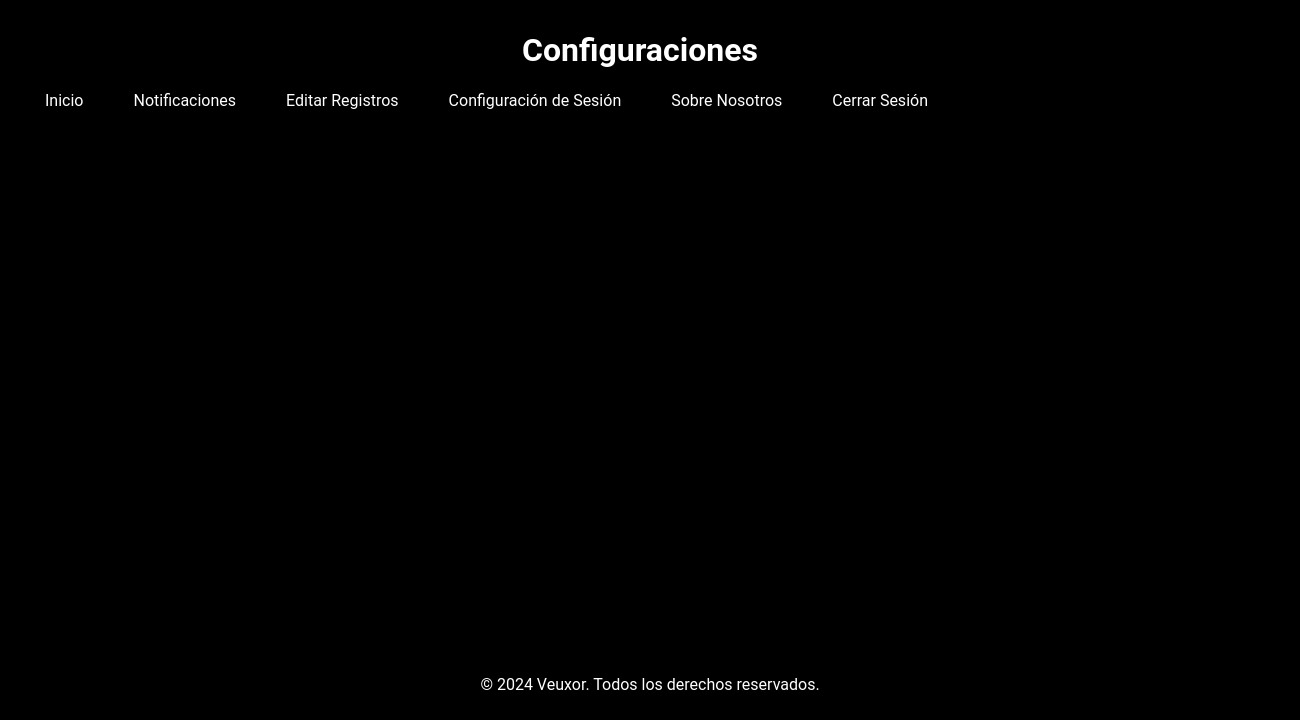
Repository: EddyWebz/updat
Page: privado/config.html
These files come from the project's save history. The page is drawn as it stood at one moment and after the next save; the edit follows.
The browser window is 1280 px wide. The page is 1300 px wide, so the pictures cover 1300 px, including what lies to the right of the window. The pictures show the whole page.

Above is the page before, as saved 2024-09-15 11:16:15.

After the next save:
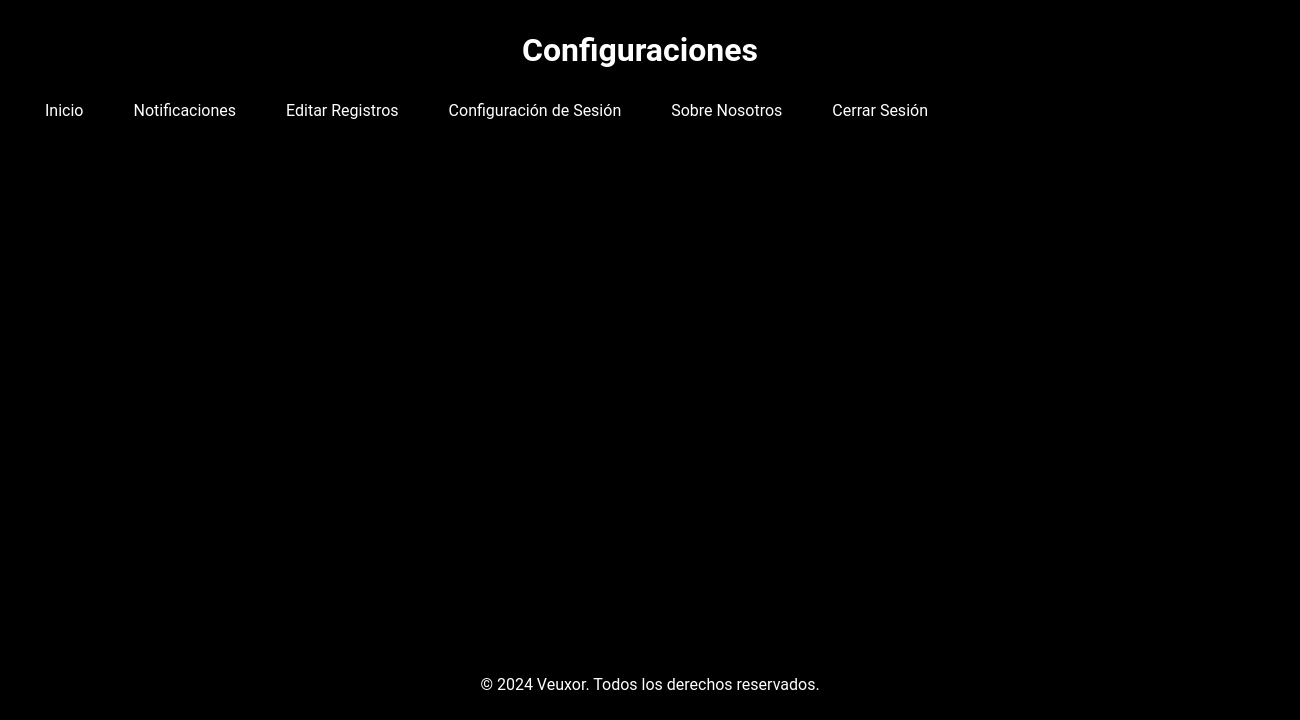
Saved 14 s later.
--- a/BASE-2/config.css
+++ b/BASE-2/config.css
@@ -108,7 +108,7 @@ header {
         display: flex;
         justify-content: flex-start; /* Alineamos el menú hacia la izquierda */
         background-color: #1b1b1b;
-        margin-top: 20px; /* Mover hacia arriba */
+        margin-top: 30px; /* Mover hacia arriba */
         padding-left: 10px; /* Ajustamos el padding para que no quede pegado a la izquierda */
         margin-left: 10px; /* Añadir espacio a la izquierda */
         margin-right: 10px;
